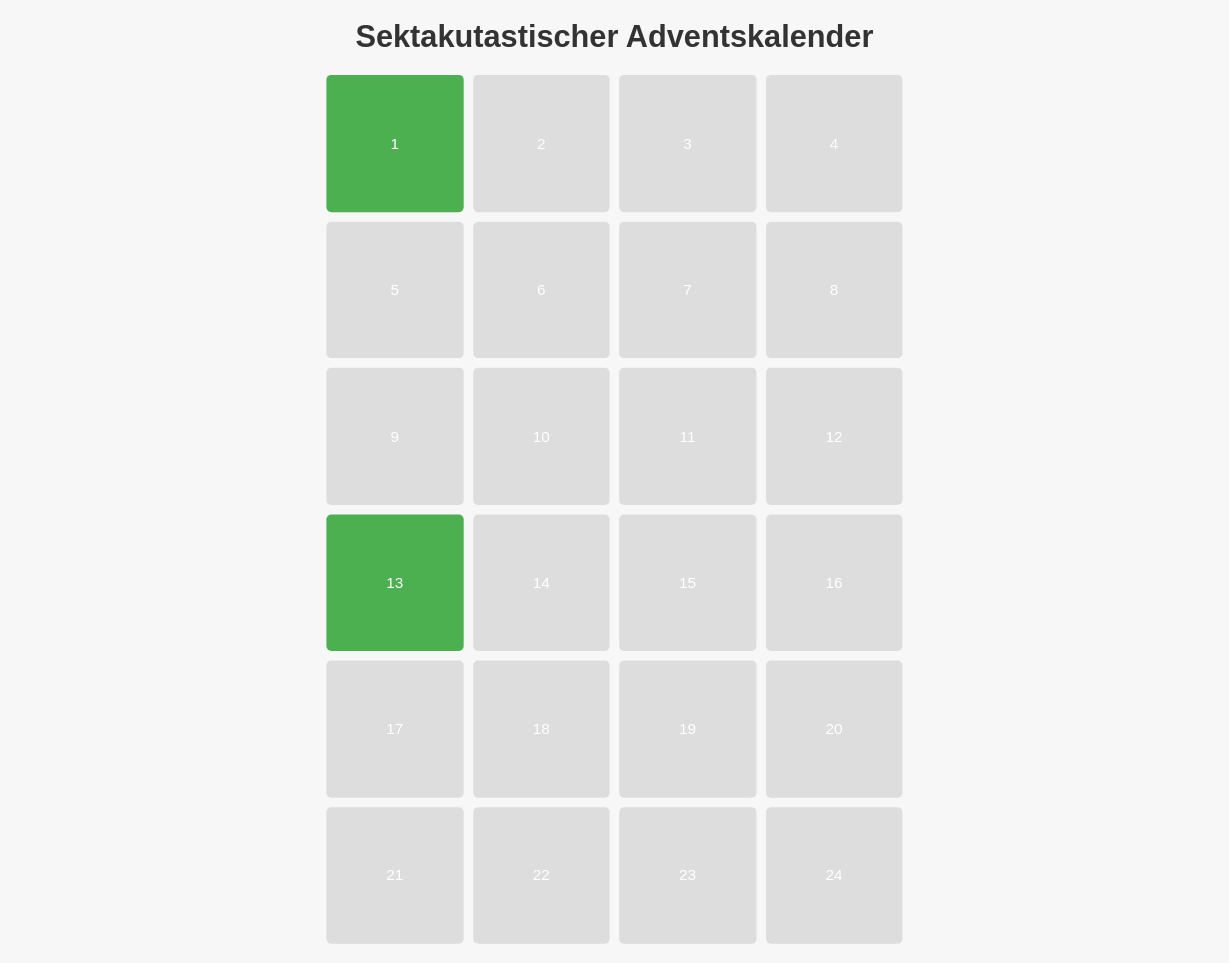
Repository: vickykey02/Adventskalender
Page: index.html
These files come from the project's save history. The page is drawn as it stood at one moment and after the next save; the edit follows.
The browser window is 1280 px wide. The pictures show the whole page, at 96% of full size.

Above is the page before, as saved 2024-11-27 00:21:43.

After the next save:
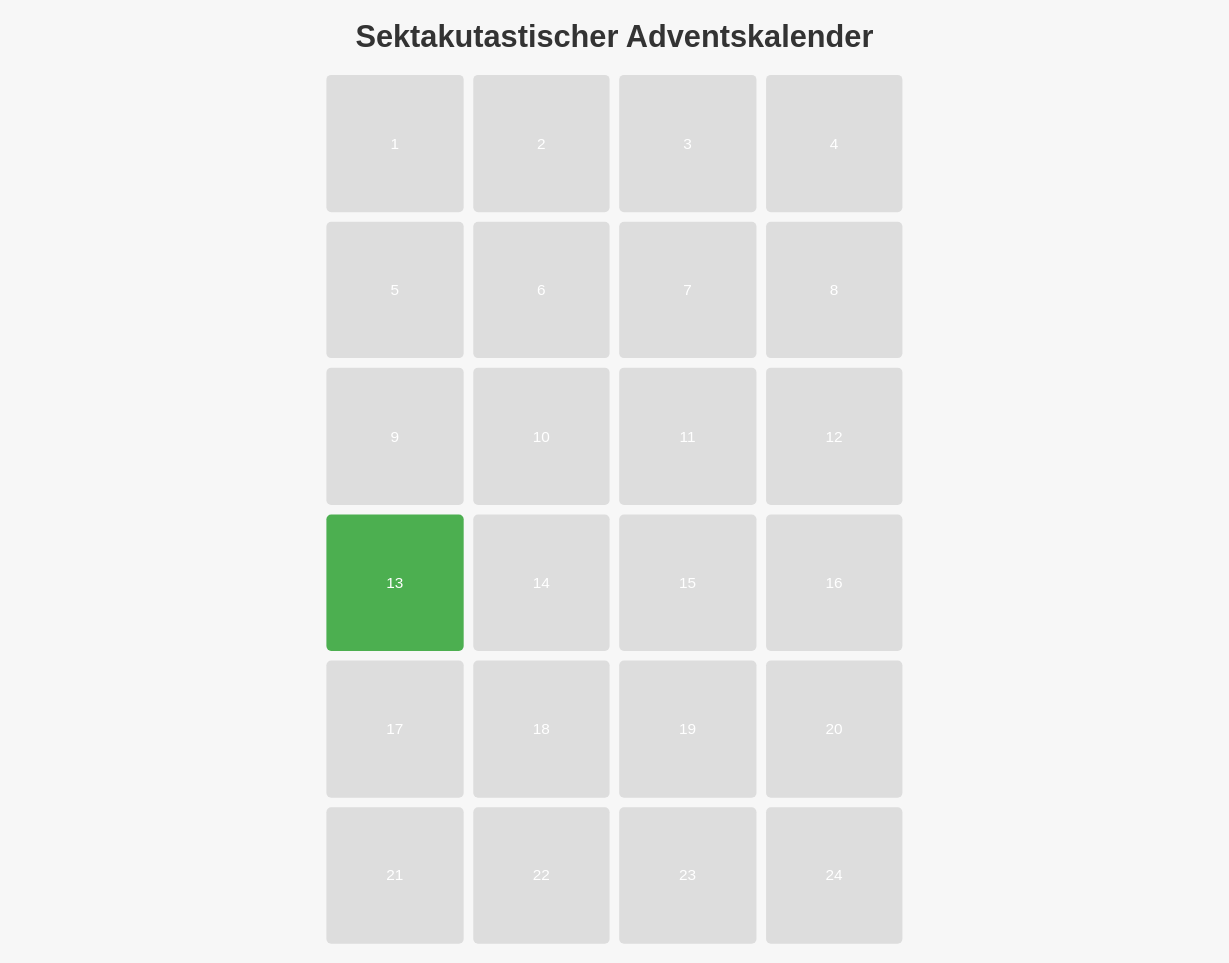
Saved 27 s later.
--- a/app.js
+++ b/app.js
@@ -4,7 +4,7 @@ const today = new Date().toISOString().split('T')[0]; // Heutiges Datum im Forma
 
 // Inhalte für die Tage
 const days = {
-    "2024-11-01": "Adventskalender/assets/Test.webpp",
+    "2024-11-00": "Adventskalender/assets/Test.webpp",
     "2024-11-13": "C:/Users/vicky/Documents/Projekte/Adventskalender/assets/Tag14.png", //"path/to/image2.png",
 };
 
